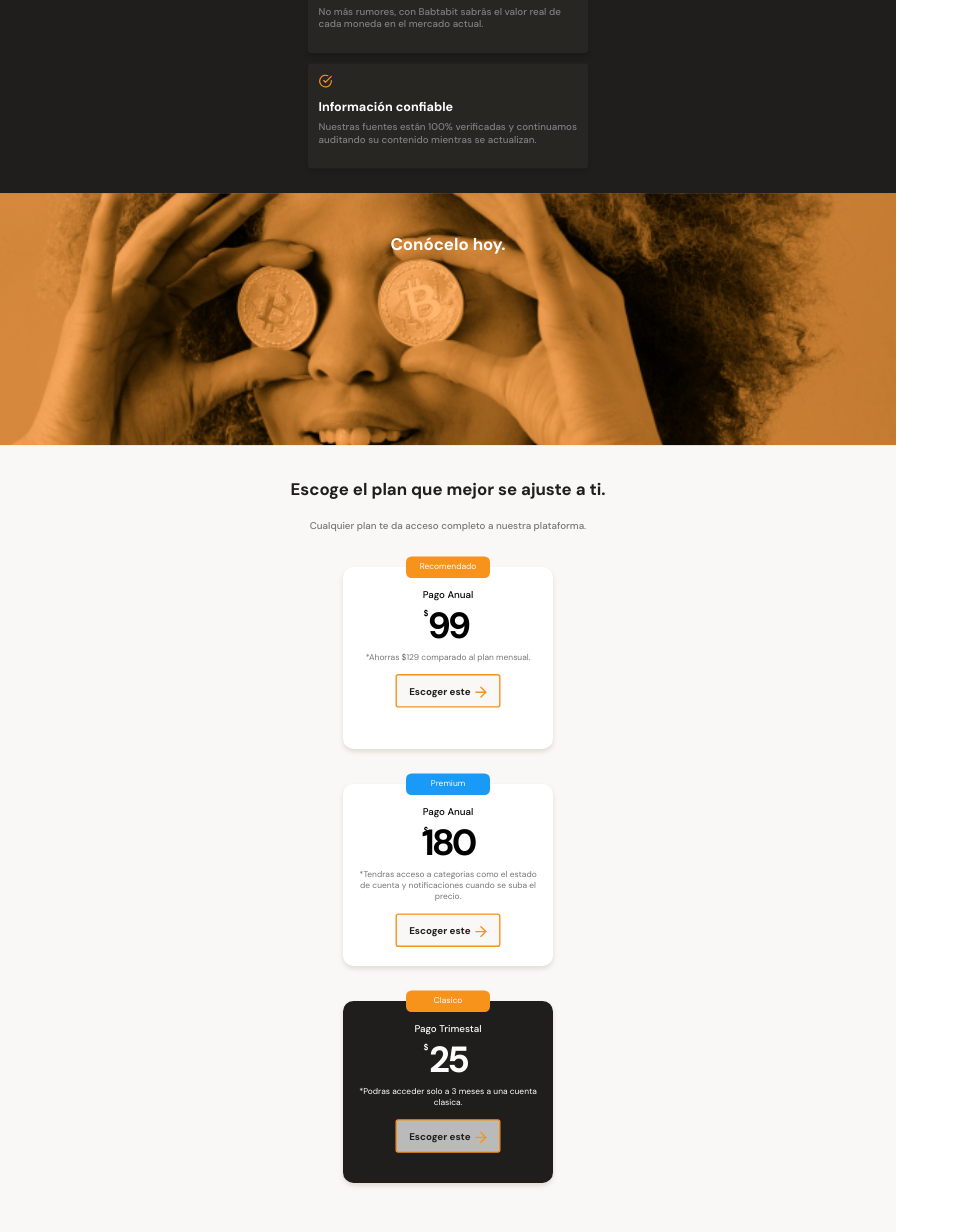
Repository: Pandrea-hub/Batatabit
Page: index.html
An editor plug-in stored every save of this project. The page is shown before and after the next save, followed by the edit.
The browser window is 1280 px wide. The page is 1386 px wide, so the pictures cover 1386 px, including what lies to the right of the window. The pictures show the part of the page from y = 1687 to 3447 px (the page is 3447 px tall), at 70% of full size.

Above is the page before, as saved 2022-04-20 06:45:15.

After the next save:
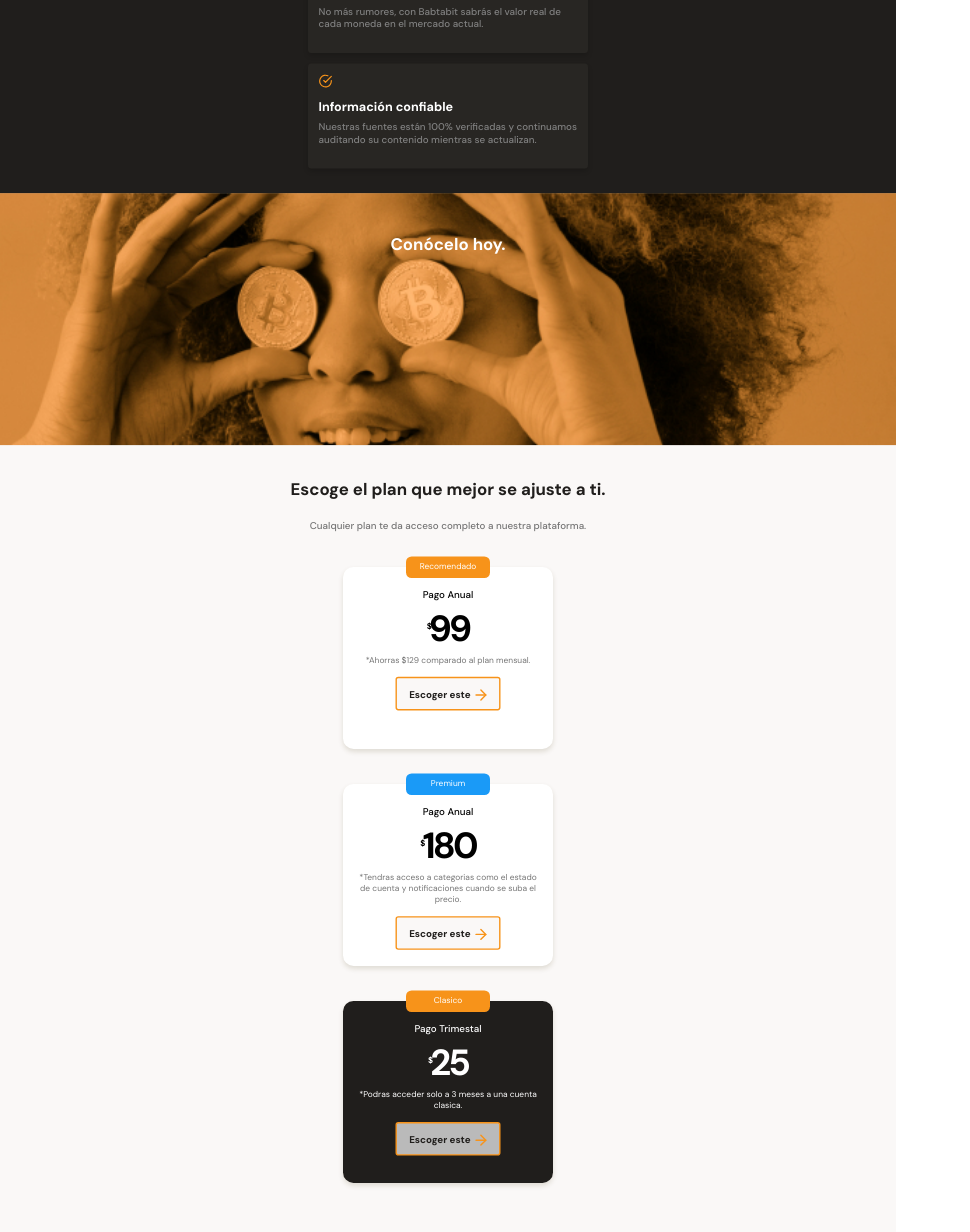
Saved 9 min 56 s later.
--- a/style.css
+++ b/style.css
@@ -575,12 +575,9 @@
 }
 
 .plan-card--price sup{
-    position: absolute;
+
     font-size: 1.2rem;
-    font-weight: 500;
-    line-height: 1.2rem;
-    left: calc(50% - 35px);
-    top: 6rem;
+
 }
 
 .plan-card--saving{
